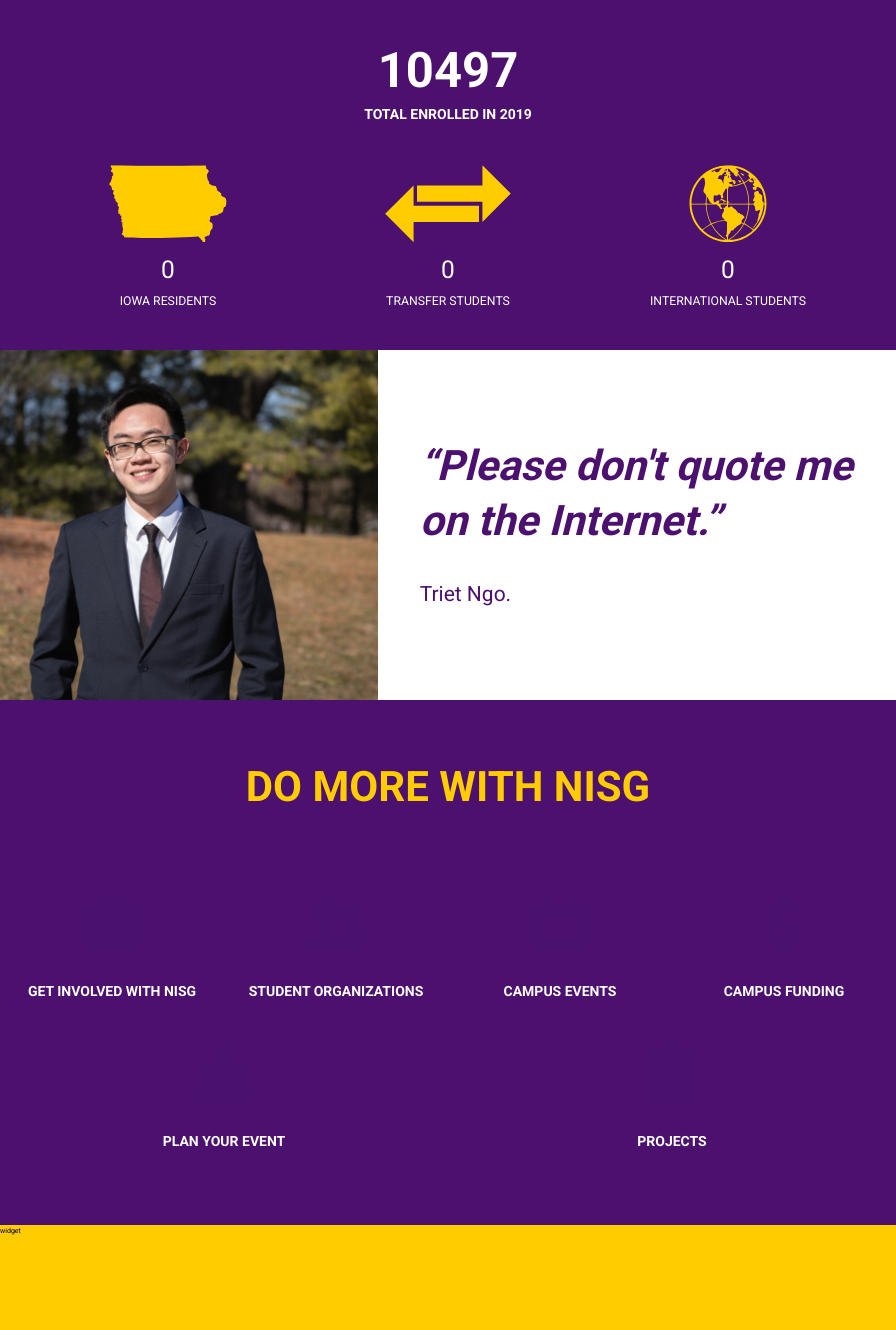
Repository: trietngo/nisg
Page: index.html
An editor plug-in stored every save of this project. The page is shown before and after a run of saves, followed by the edit.
The browser window is 1280 px wide. The pictures show the part of the page from y = 720 to 2620 px (the page is 3270 px tall), at 70% of full size.
Some web fonts or font styles are not loaded; a fallback is used. The style sheet was rebuilt from its Sass, Less or Tailwind sources for each picture, by a compiler version that may differ from the author's.

Above is the page before, as saved 2020-08-29 15:06:07.
Console error: TypeError: Cannot read properties of undefined (reading 'toString')

After the next 2 saves:
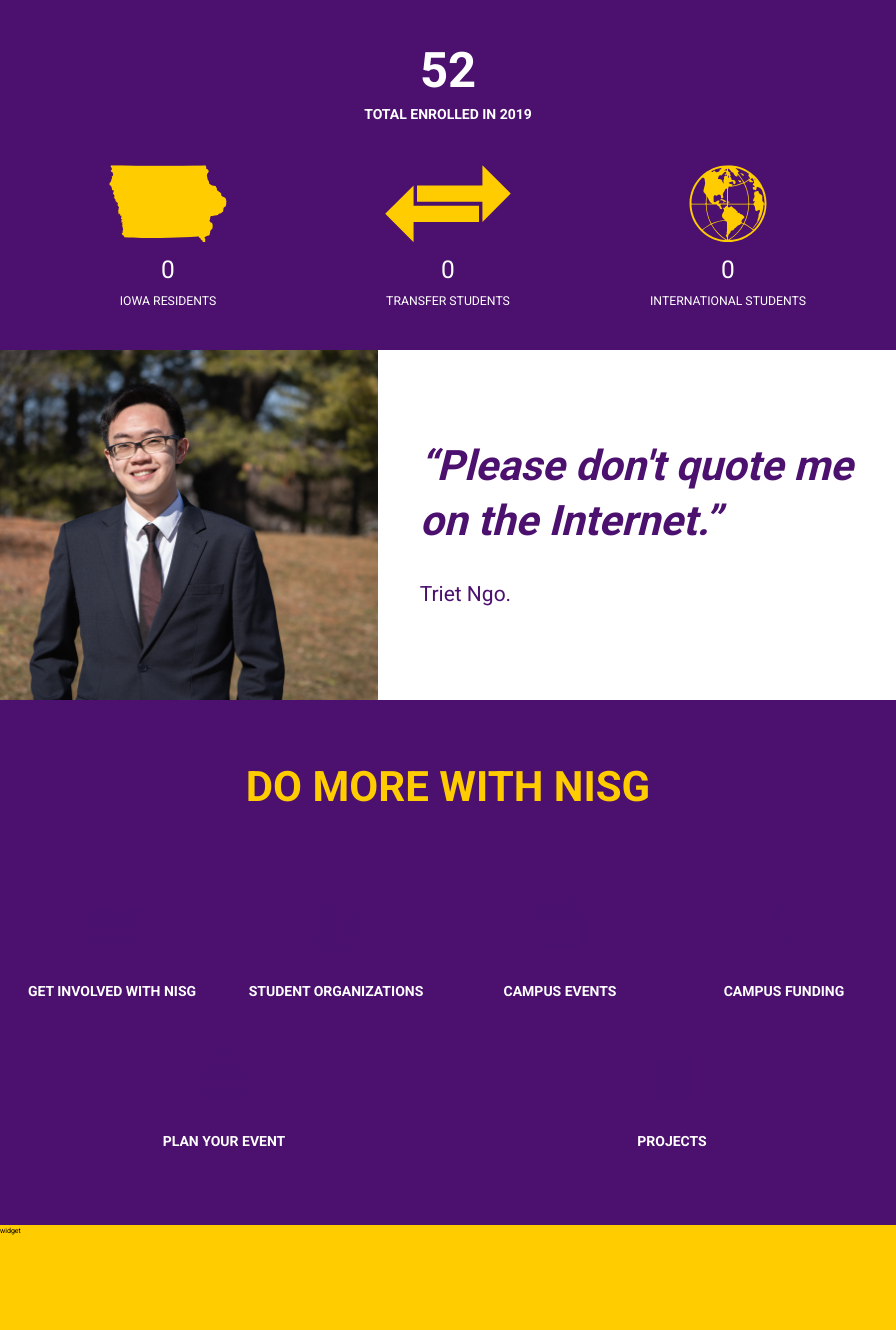
The 2 saves are shown as one change because they came seconds apart.
The last was saved 73 s later.
--- a/script.js
+++ b/script.js
@@ -15,8 +15,8 @@
 
         if (count < target) {
             counter.innerText = count + inc;
+            numberWithCommas();
             setTimeout(updateCount, 1);
-            numberWithCommas();
         } else {
             counter.innerText = target;
         }
